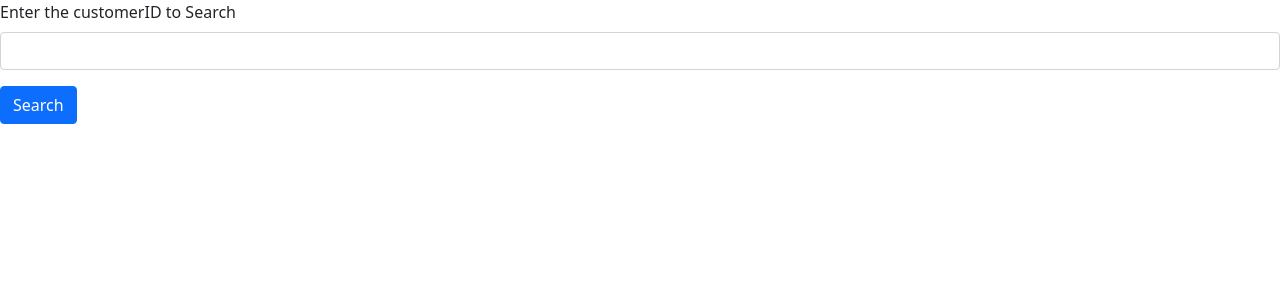
Repository: RMVLajaykumar/monojavaee
Page: http://localhost/13-bankapplication-demo/search-customer.jsp
The author's editor kept a copy of each file at every save. The page is drawn from the files as they stood at one save, then again after the next save.
The browser window is 1280 px wide. The pictures show the whole page.
The page is served by Tomcat 9. Nobody is signed in. The application's start-up code is not run.

Above is the page before, as saved 2024-07-21 06:15:11.

After the next save:
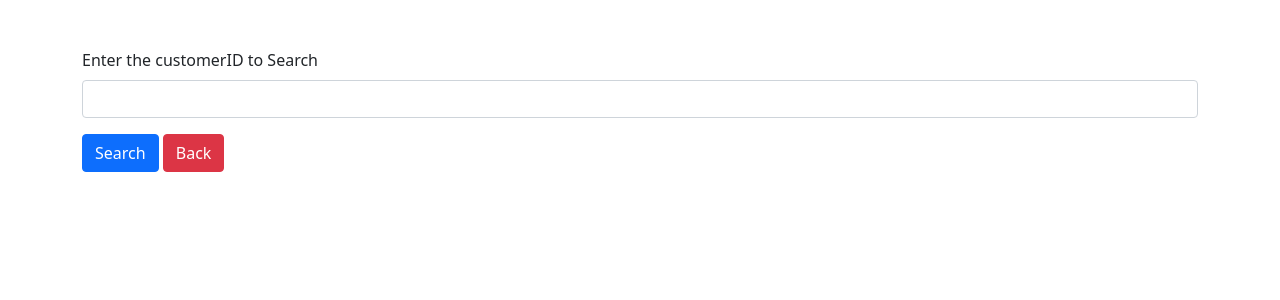
Saved 5 min 31 s later.
--- a/13-bankapplication-demo/WebContent/search-customer.jsp
+++ b/13-bankapplication-demo/WebContent/search-customer.jsp
@@ -5,17 +5,20 @@
 <!DOCTYPE html>
 <html>
 <head>
-<meta charset="ISO-8859-1">
-<title>Insert title here</title>
+    <meta charset="ISO-8859-1">
+    <title>Search Customer</title>
 </head>
 <body>
-<form action="customer">
-    <input type="hidden" name="command" value="search"/>
-    <div class="mb-3">
-        <label for="customer_id" class="form-label">Enter the customerID to Search</label>
-        <input type="text" class="form-control" id="customer_id" name="customer_id">
+    <div class="container mt-5">
+        <form action="customer">
+            <input type="hidden" name="command" value="search"/>
+            <div class="mb-3">
+                <label for="customer_id" class="form-label">Enter the customerID to Search</label>
+                <input type="text" class="form-control" id="customer_id" name="customer_id">
+            </div>
+            <button type="submit" class="btn btn-primary">Search</button>
+            <a href="previous-page.jsp" class="btn btn-danger">Back</a>
+        </form>
     </div>
-    <input type="submit" class="btn btn-primary" value="Search">
-</form>
 </body>
 </html>
